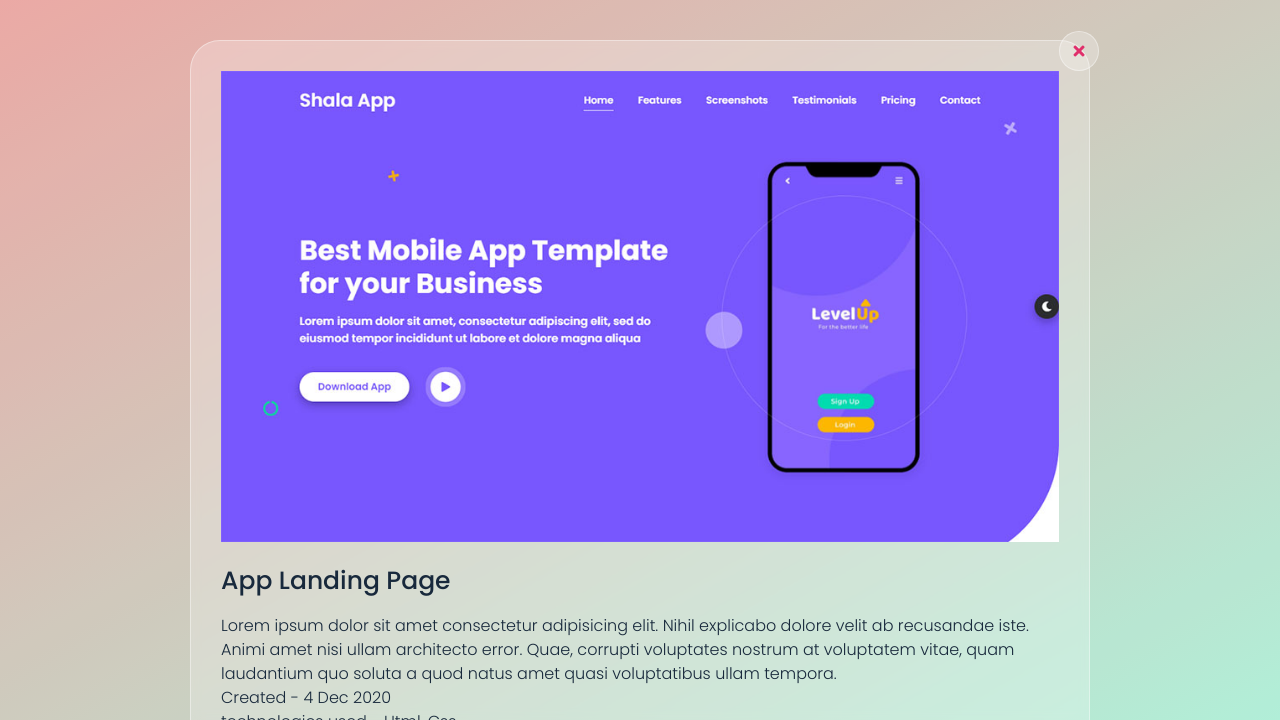
Repository: dewaary/Glassmorp-me
Page: index.html
An editor plug-in stored every save of this project. The page is shown before and after the next save, followed by the edit.
The browser window is 1280 px wide. The pictures show the whole page.
An inner scrolling area shows only its first screen.

Above is the page before, as saved 2021-05-26 09:56:05.

After the next save:
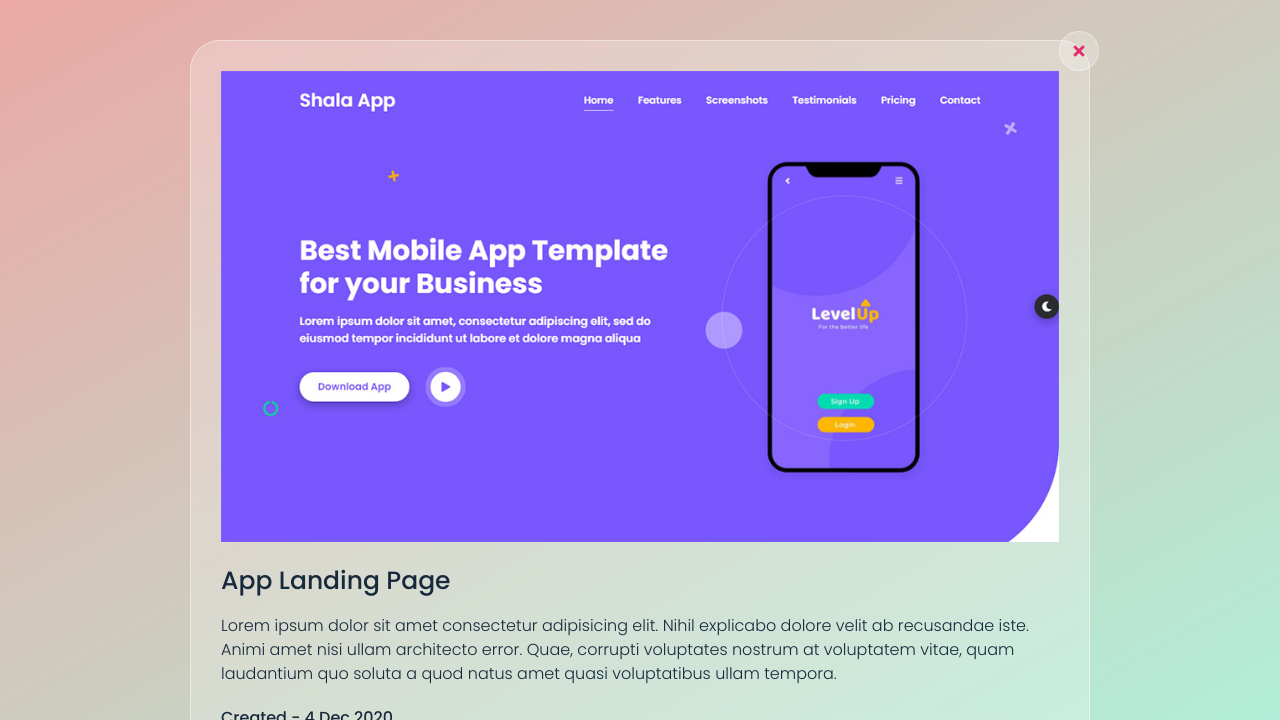
Saved 74 s later.
--- a/css/style.css
+++ b/css/style.css
@@ -488,6 +488,11 @@ Home Section */
   margin: 20px 0 15px;
 }
 
-.pp-body .description{
+.pp-body .descriptions{
   margin-bottom: 20px;
 }
+
+.pp-body .general-info li{
+  margin-bottom: 10px;
+  font-weight: 500;
+}
